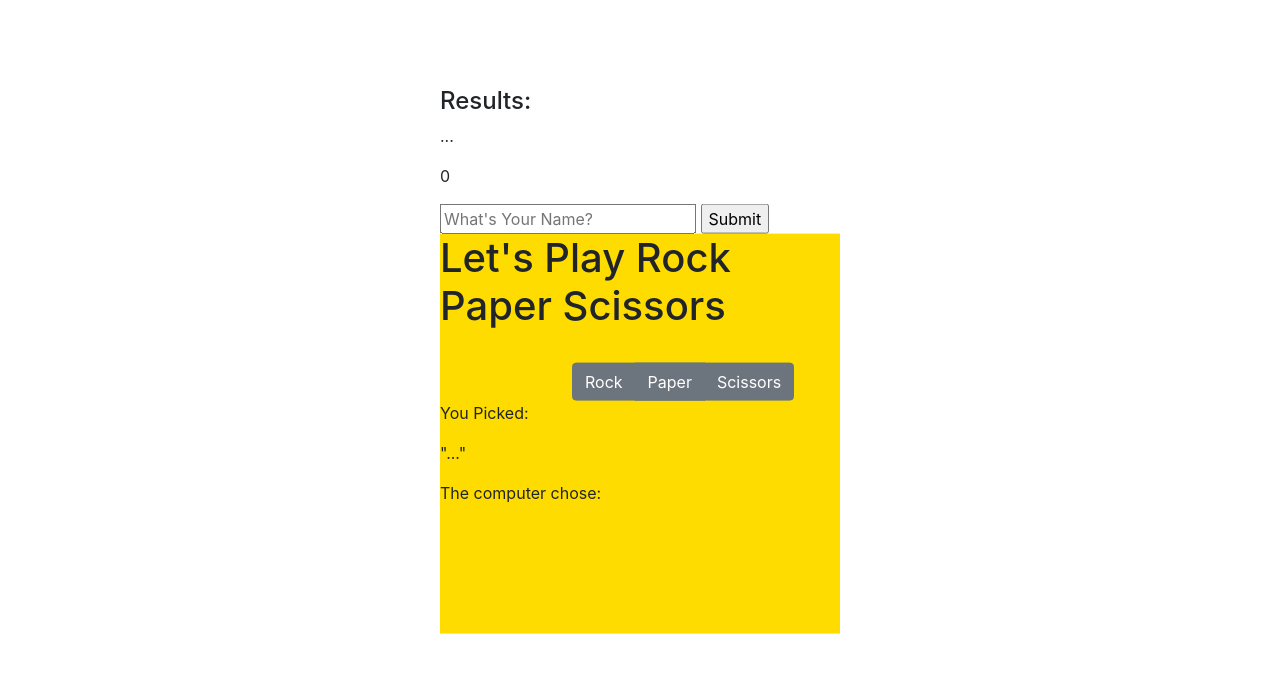
Repository: mskurnickcode/coupleDo
Page: http://localhost/
The author's editor kept a record of every edit. The page is drawn from the files as they stood at one moment, then again after the next edit.
The browser window is 1280 px wide. The pictures show the whole page.
The page is served by the project's application, run on Flask 3 (Rock/application.py).

Above is the page before.

### ubuntu/Rock/templates/index.html
<!DOCTYPE HTML>

<html lang="en">
    <head>
        <title>Rock Paper Scissors</title>
        <link href="static/css_image/styles.css" rel="stylesheet">
        <link href="https://stackpath.bootstrapcdn.com/bootstrap/4.5.0/css/bootstrap.min.css" rel="stylesheet">
    </head>
    <body>
        <div class="resultBox">
            <h4>Results:</h4>
            <p id ="win">...</p>
            <form action= "/" method = "post">
                <p name = "score" id ="winCount">0</p>
                <input id="name" name="name" type = "text" placeholder="What's Your Name?">
                <input id="submit" type = "submit">
            </form>
        </div>
        <div class= "center">
            <div class="title">
                <h1>Let's Play Rock Paper Scissors</h1>
            </div>
            <div id= "btn-grp" class="btn-group" role="group" aria-label="Basic example">
                <button id="rock" type="button" class="btn btn-secondary">Rock</button>
                <button id="paper" type="button" class="btn btn-secondary">Paper</button>
                <button id="scissors" type="button" class="btn btn-secondary">Scissors</button>
            </div>
            <div class="answer">
                <p>You Picked:</p><p id= "answer"> "..." </p>
                <p class = "compAnswer"> The computer chose: </p>
                <p id= "compAnswer"></p>
            </div>
        </div>
        <script src="static/css_image/rps.js"></script>
    </body>

### ubuntu/Rock/application.py
from flask import Flask, redirect, render_template, request
from cs50 import SQL

app = Flask(__name__)

leaders = []

@app.route("/", methods = ["GET", "POST"])
def add():
    if request.method == "GET":
        return render_template("/index.html")
    else:
        leader = request.form.get("name")
        leaders.append(leader)
        return redirect("/leaderboard")

@app.route("/leaderboard")
def leaderboard ():
    return render_template("leaderboard.html", leaders = leaders)

### ubuntu/Rock/static/css_image/styles.css
* {
  box-sizing: border-box;
}

body {
    margin: 0;
    position: absolute;
    top: 50%;
    left: 50%;
    margin-right: -50%;
    transform: translate(-50%, -50%);
}

.center {
  background-color: #FFDC00;
  width: 400px;
  height: 400px;
  margin: 0 auto;
}

.btn-group {
  padding-top: 25px;
  left: 33%;
}

### ubuntu/Rock/static/css_image/rps.js
var comp = document.createElement("BUTTON");
var node = document.createTextNode("This is a new paragraph.");
var element = document.getElementById("compAnswer");
let answers = ["Rock", "Paper", "Scissors"];

var total_wins = 0;

function random() { return Math.floor(Math.random() * 3-1) + 1;}

let answer = document.querySelector('#answer')
        document.querySelector('#rock').onclick = function() {
            answer.innerHTML = "Rock";
            comp.appendChild(node);
            let int = random ()
            comp.innerHTML= answers[int]
            element.appendChild(comp);

            let a = answer.innerHTML;
            let b = comp.innerHTML;
            let result = winner(a,b);

            update_results(result, total_wins)

        }
        document.querySelector('#paper').onclick = function() {
            answer.innerHTML = "Paper"
            comp.appendChild(node);
            let int = random ()
            comp.innerHTML= answers[int]
            element.appendChild(comp);

            let a = answer.innerHTML;
            let b = comp.innerHTML;
            let result = winner(a,b);

            update_results(result, total_wins)
        }
        document.querySelector('#scissors').onclick = function() {
            answer.innerHTML="Scissors"
            comp.appendChild(node);
            let int = random ()
            comp.innerHTML= answers[int]
            element.appendChild(comp);

            let a = answer.innerHTML;
            let b = comp.innerHTML;
            let result = winner(a,b);

            update_results(result, total_wins)
        }


function winner (a,b) {
    var awins = 0;
    var alosses = 0;
    var ties = 0;

    if(a == b) ties++;
    else {
             if(a=="Rock" && b=="Scissors") awins++;
        else if(a=="Rock" && b=="Paper") alosses++;
        else if(a=="Paper" && b=="Scissors") alosses++;
        else if(a=="Paper" && b=="Rock") awins++;
        else if(a=="Scissors" && b=="Paper") awins++;
        else if(a=="Scissors" && b=="Rock") alosses++;
    }

    if (awins > 0) {
        total_wins++;
        return "You Win"
    }

    if (alosses > 0) {
        return "You Lose"
    }

    if (ties > 0) {
        return "It's a tie"
    }
}


function update_results (result, total_wins) {

    var element = document.getElementById("win");
    element.innerHTML= result

    if (result == "You Win") {
        var winCount = document.getElementById("winCount")
        winCount.innerHTML = total_wins
    }
}

After the next edit:
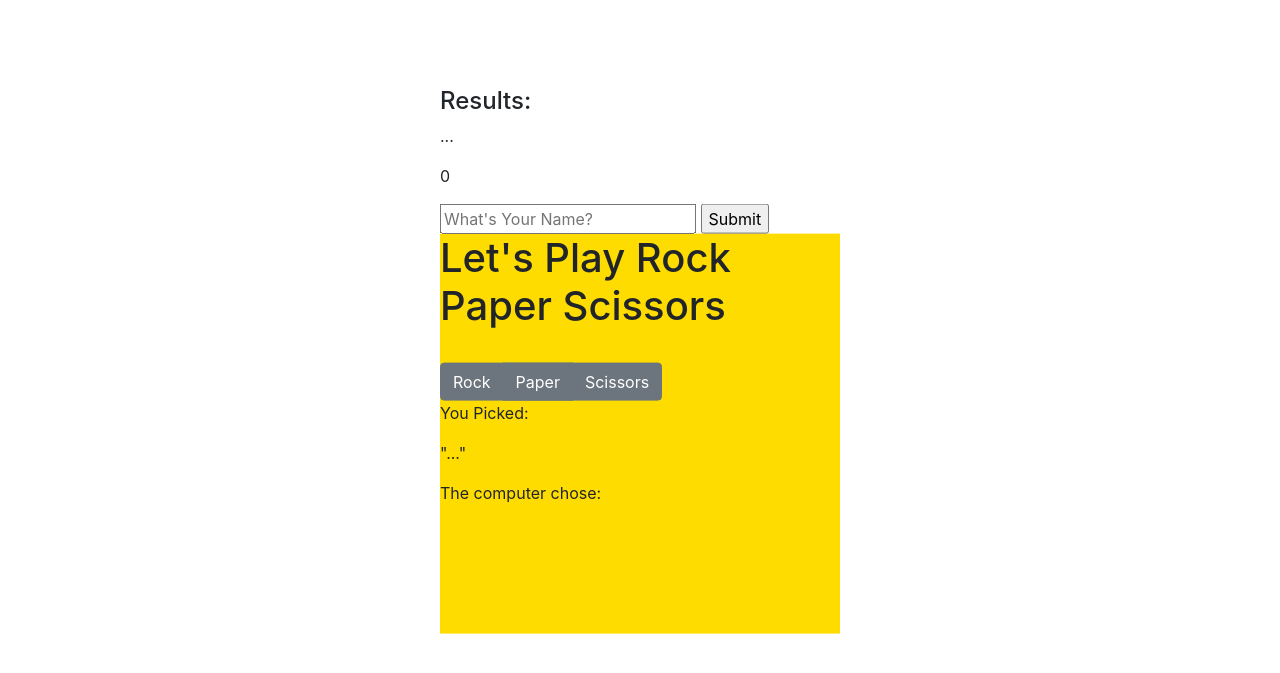
The edit:
--- a/ubuntu/Rock/static/css_image/styles.css
+++ b/ubuntu/Rock/static/css_image/styles.css
@@ -20,5 +20,8 @@
 
 .btn-group {
   padding-top: 25px;
-  left: 33%;
+  display: block;
+  margin-left: auto;
+  margin-right: auto;
+  width: 40%;
 }
